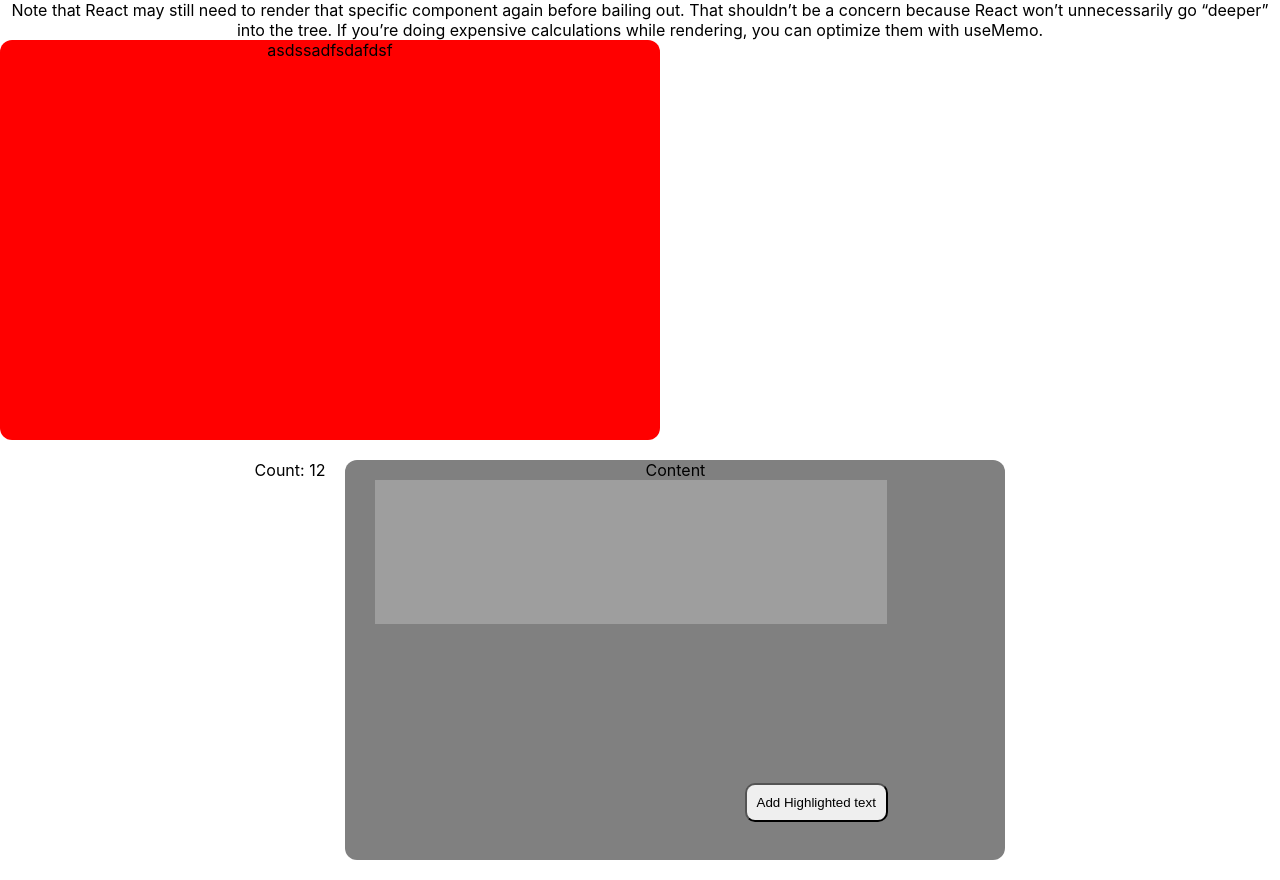
Repository: Farbod29/React-text-highlighter-with-hook-
Page: /
The author's editor kept a copy of each file at every save. The page is drawn from the files as they stood at one save, then again after a run of saves.
The browser window is 1280 px wide. The pictures show the whole page.
Pictures or frames that could not be fetched are drawn as grey boxes. The project was rebuilt for these pictures with package versions that can differ from the ones it lists, and the page was loaded fresh each time.

Above is the page before, as saved 2022-02-18 21:55:45.

### src/App.js
import './App.css';
import Highlighter from './highlighter';
function App() {
  return (
    <div className="App">
      <Highlighter />
    </div>
  );
}

export default App;

### src/highlighter.js
import React, { useEffect, useState } from 'react';

export default function Highlighter() {
  let doit = () => {
    document.onmouseup = () => {
      console.log(window.getSelection().toString());
    };
  };
  const [count, setCount] = useState(12);
  return (
    <>
      <div>
        {' '}
        Note that React may still need to render that specific component again
        before bailing out. That shouldn’t be a concern because React won’t
        unnecessarily go “deeper” into the tree. If you’re doing expensive
        calculations while rendering, you can optimize them with useMemo.
      </div>
      <div
        style={{
          padding: '0px 10px',
          backgroundColor: '#FF0000',
          height: '400px',
          width: '50vw',
          borderRadius: '12px',
        }}
      >
        {' '}
        asdssadfsdafdsf{' '}
      </div>
      Count: {count}
      {/* <button onClick={() => setCount((prevCount) => prevCount - 1)}>-</button> */}
      <div
        style={{
          padding: '0px 10px',
          height: '400px',
          width: '50vw',
          margin: '20px',
          borderRadius: '12px',
          backgroundColor: 'gray',
          inline: true,
          fontColor: 'red',
          display: 'inline-block',
          textAlign: 'center',
          position: 'relative',
        }}
      >
        <img
          style={{
            height: '20vh',
            width: '40vw',
            position: 'absolute',
            left: 30,
            top: 20,
          }}
          src="https://pfrias.couragecompanion.eu/storage/m/_v2/213604778138275840/4f8b684e5-e9314a/vlyvkRQwb3ew/u8hVvH5l5IFvha9MQyXCzPOYLo2SXG3bqIpv6vBg.png"
        ></img>
        Content
        <div
          style={{
            position: 'absolute',
            bottom: '3vw',
            left: '24vw',
            right: '2vw',
          }}
        >
          <button
            style={{ padding: '10px', borderRadius: '10px' }}
            onClick={() => setCount(12)}
          >
            {' '}
            Add Highlighted text{' '}
          </button>
        </div>
      </div>
      {doit()}
    </>
  );
}

Loaded but not shown: public/index.html (common file); src/index.js (common file); src/index.css (common file); src/reportWebVitals.js (common file); src/App.css (common file)

After the next 2 saves:
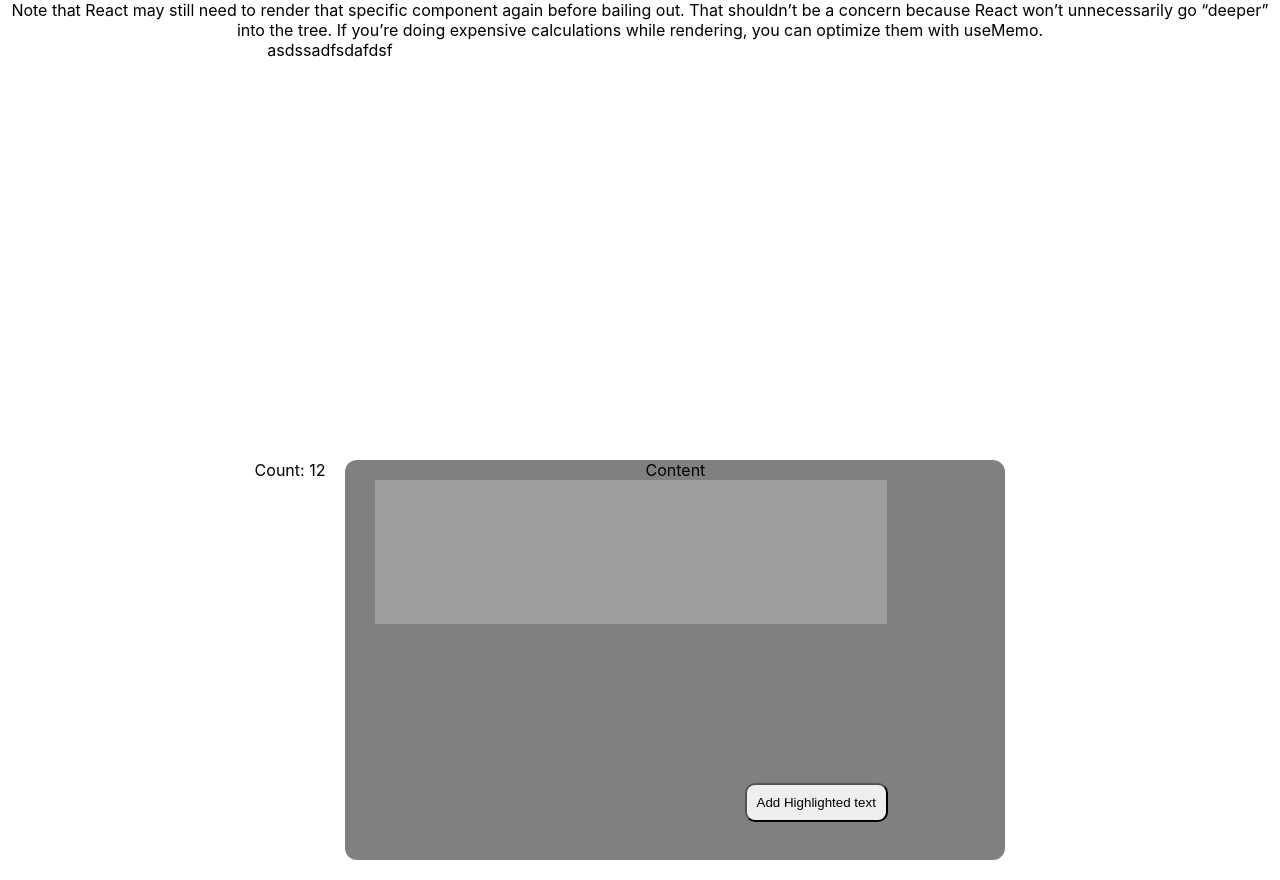
The 2 saves are shown as one change because they came seconds apart.
The last was saved 15 s later.
--- a/src/highlighter.js
+++ b/src/highlighter.js
@@ -19,7 +19,7 @@ export default function Highlighter() {
       <div
         style={{
           padding: '0px 10px',
-          backgroundColor: '#FF0000',
+          backgroundColor: '#FFFFFF',
           height: '400px',
           width: '50vw',
           borderRadius: '12px',
